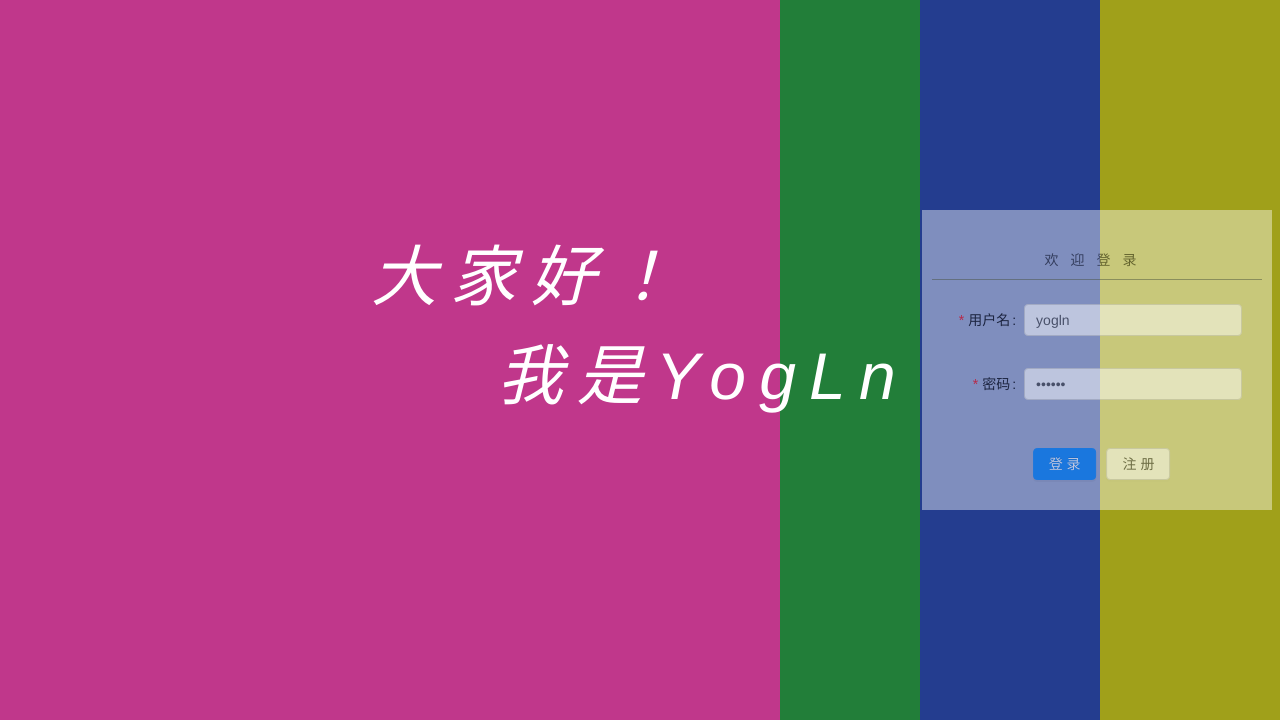
Repository: YogLn/theory-fre
Page: /register
These files come from the project's save history. The page is drawn as it stood at one moment and after a run of saves; the edit follows.
The browser window is 1280 px wide. The pictures show the whole page.
The project was rebuilt for these pictures with package versions that can differ from the ones it lists, and the page was loaded fresh each time.

Above is the page before, as saved 2021-07-22 16:48:22.

After the next 2 saves:
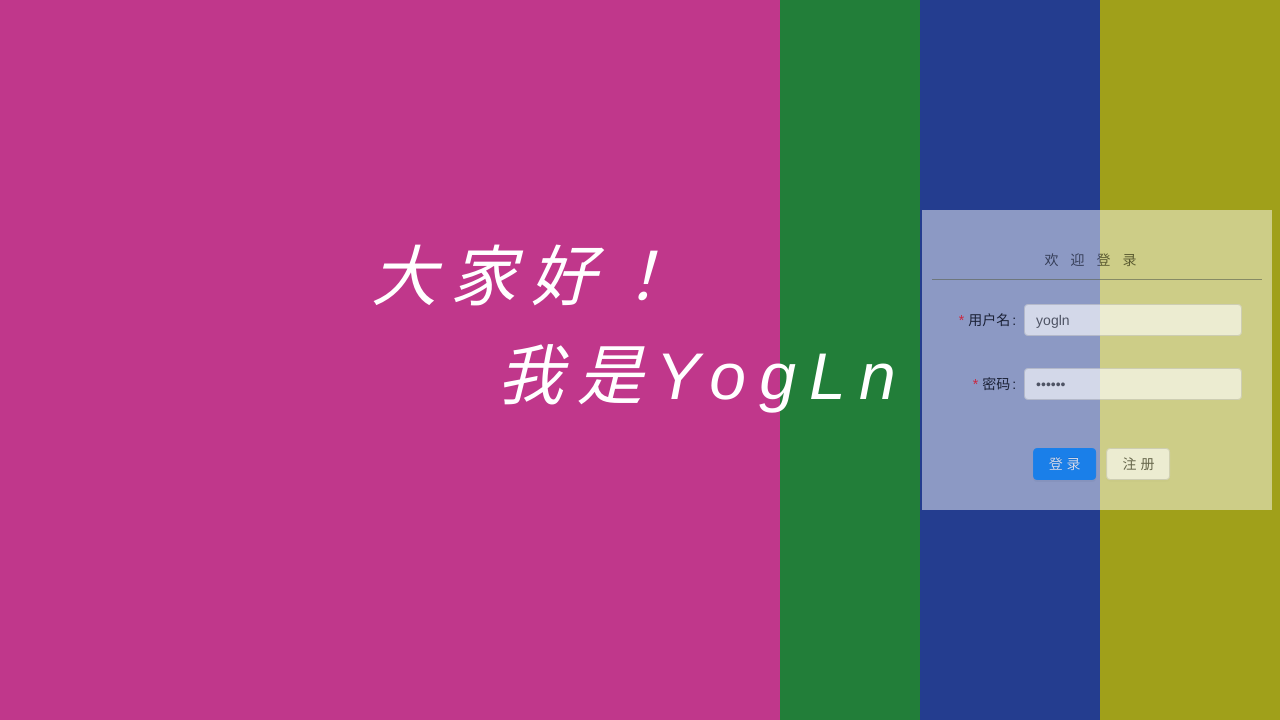
The 2 saves are shown as one change because they came seconds apart.
The last was saved 16 s later.
--- a/src/pages/login/Login.vue
+++ b/src/pages/login/Login.vue
@@ -166,7 +166,7 @@ export default {
     left: 72%;
     top: 50%;
     transform: translateY(-50%);
-    opacity: 0.7;
+    opacity: 0.8;
     .login-header {
       margin-top: -10px;
       display: flex;
